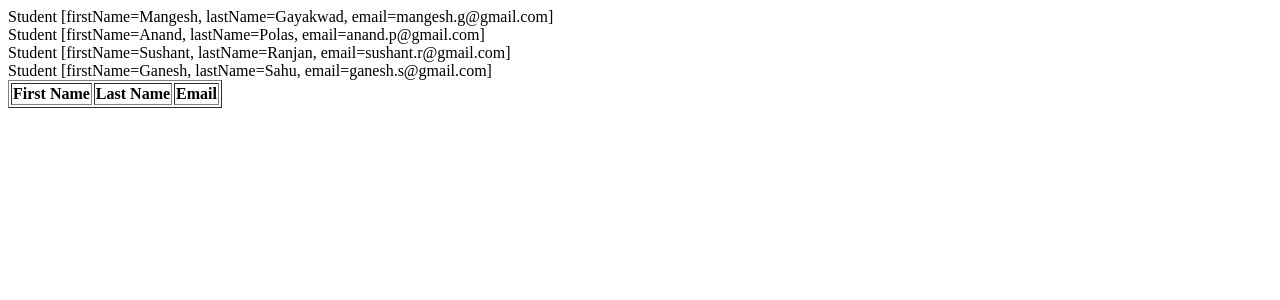
Repository: mangeshgayakwad2020/jsp_servlet
Page: http://localhost/ServletDemo/StudentMvcDemoServlet
These files come from the project's save history. The page is drawn as it stood at one moment and after the next save; the edit follows.
The browser window is 1280 px wide. The pictures show the whole page.
The page is served by Tomcat 9.

Above is the page before, as saved 2019-08-22 03:14:02.

After the next save:
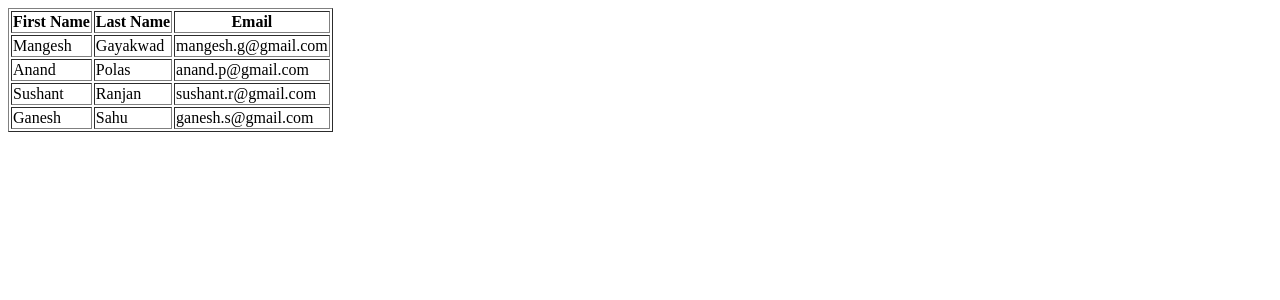
Saved 91 s later.
--- a/ServletDemo/WebContent/mvc_view_students.jsp
+++ b/ServletDemo/WebContent/mvc_view_students.jsp
@@ -16,7 +16,11 @@
 
 		<c:forEach var="student" items="${student_list}" >
 
-		${student} <br>
+			<tr>
+				<td>${student.firstName}</td>
+				<td>${student.lastName}</td>
+				<td>${student.email}</td>
+			</tr>
 
 		</c:forEach>
 
